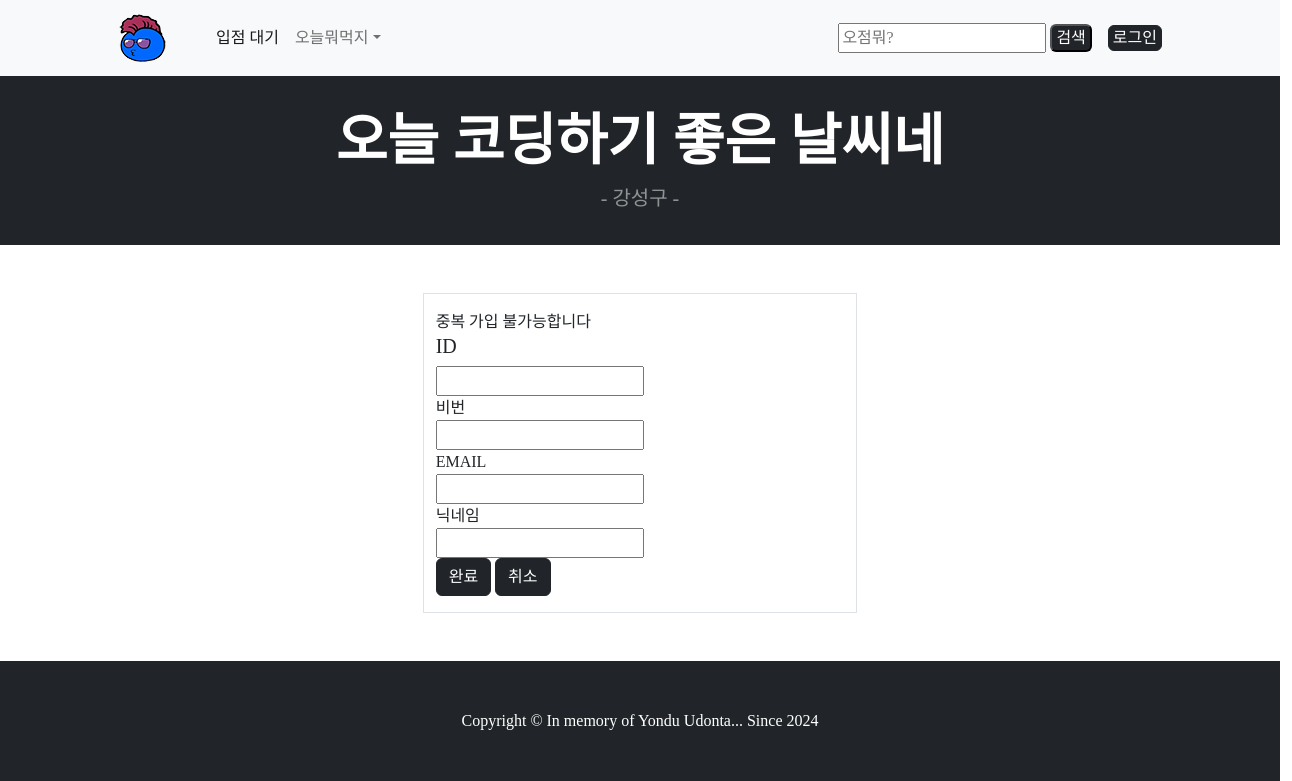
Repository: ashwan94/ydzone
Page: http://localhost/YonduZone/signUp
The author's editor kept a copy of each file at every save. The page is drawn from the files as they stood at one save, then again after the next save.
The browser window is 1280 px wide. The page is 1292 px wide, so the pictures cover 1292 px, including what lies to the right of the window. The pictures show the whole page.
Some web fonts or font styles are not loaded; a fallback is used. The page is served by Tomcat 9. Other server files are loaded and not shown.

Above is the page before, as saved 2024-05-01 11:36:05.

### YonduZone/src/main/webapp/WEB-INF/views/common/signUp.jsp
<%@ page language="java" contentType="text/html; charset=UTF-8"
	pageEncoding="UTF-8"%>
<jsp:include page="/WEB-INF/views/common/header.jsp">
	<jsp:param value="회원가입" name="title" />
	<jsp:param value="오늘 코딩하기 좋은 날씨네" name="center" />
	<jsp:param value="- 강성구 -" name="content" />
</jsp:include>

<div class="row my-5">
	<div class="col-4"></div>
	<div class="col-4 border py-3">
		<form action="/signUp" method="post" id="signUpForm">
		<div>중복 가입 불가능합니다</div>
			<label>
				<h5>ID</h5>
				<input type="text" name="id">
			</label>
			<label>
				<div>비번</div>
				<input type="password" name="pw">
			</label>
			<label>
				<div>EMAIL</div>
				<input type="email" name="email">
			</label>
			<label>
				<div>닉네임</div>
				<input type="text" name="nickName">
			</label>
			<input type="hidden" value="${msg }" id="msg">
			<div>
			<button type="submit" id="submitBtn" class="btn btn-dark">완료</button>
			<button type="button" id="backBtn" class="btn btn-dark">취소</button>
			</div>
		</form>
	</div>
	<div class="col-4"></div>
</div>

<script src="https://cdn.jsdelivr.net/npm/bootstrap@5.3.3/dist/js/bootstrap.bundle.min.js"></script>
<script src="/Bootstrap/js/scripts.js"></script>

<script>
	const msgEl = document.querySelector("#msg");
	if(msgEl.value != ""){
		alert(msgEl.value);
	}

	const submitBtn = document.querySelector("#submitBtn");
	const backBtn = document.querySelector("#backBtn");

	submitBtn.addEventListener("click", function(e) {
		e.preventDefault();

		const idEl = document.querySelector("[name='id']");
		const pwEl = document.querySelector("[name='pw']");
		const emailEl = document.querySelector("[name='email']");
		const nickNameEl = document.querySelector("[name='nickName']");

		if(idEl.value == "" || pwEl.value == "" || emailEl.value == "" || nickNameEl.value == "") {
			alert("누락된 정보가 있습니다.");
		}else{
			const form = document.querySelector("#signUpForm");
			form.submit();
		}
	})

	backBtn.addEventListener("click", function() {
		history.back();
	});
</script>
<jsp:include page="/WEB-INF/views/common/footer.jsp"/>

### YonduZone/src/main/webapp/WEB-INF/views/common/header.jsp
<%@ page language="java" contentType="text/html; charset=UTF-8"
	pageEncoding="UTF-8"%>
<%@ taglib prefix="c" uri="http://java.sun.com/jsp/jstl/core"%>
<!DOCTYPE html>
<html lang="en">
<head>
<meta charset="UTF-8">
<meta name="viewport"
	content="width=device-width, initial-scale=1, shrink-to-fit=no" />
<meta name="description" content="" />
<meta name="author" content="" />
<!-- Favicon-->
<link rel="icon" type="image/x-icon" href="assets/favicon.ico" />
<!-- Bootstrap icons-->
<link
	href="https://cdn.jsdelivr.net/npm/bootstrap-icons@1.5.0/font/bootstrap-icons.css"
	rel="stylesheet" />
<!-- Core theme CSS (includes Bootstrap)-->
<link href="/Bootstrap/css/styles.css" rel="stylesheet" />
<title>${param.title }</title>
<style>
	a{
		text-decoration:none;
		color:black;
	}
	a:hover{
		color:rgb(57, 151, 255);
	}

	@font-face {
    font-family: 'SUIT-Regular';
    src: url('https://cdn.jsdelivr.net/gh/projectnoonnu/noonfonts_suit@1.0/SUIT-Regular.woff2') format('woff2');
    font-weight: normal;
    font-style: normal;
	}

	* {
		font-family: 'SUIT-Regular';
	}
</style>

</head>
<body>
	<header>
		<nav class="navbar navbar-expand-lg navbar-light bg-light">
			<div class="container px-4 px-lg-5">
				<a class="navbar-brand" href="/main"><img src="${pageContext.request.contextPath }/Source/header/logo/main_logo.png" alt="Welcome to YouduZone!"></a>
				<button class="navbar-toggler" type="button" data-bs-toggle="collapse" data-bs-target="#navbarSupportedContent" aria-controls="navbarSupportedContent" aria-expanded="false" aria-label="Toggle navigation">
					<span class="navbar-toggler-icon"></span>
				</button>
				<div class="collapse navbar-collapse" id="navbarSupportedContent">
					<ul class="navbar-nav me-auto mb-2 mb-lg-0 ms-lg-4">
						<li class="nav-item">
							<a class="nav-link active" aria-current="page" href="/restaurant/stanby?userNo=${sessionScope.user.no }" data-value="${sessionScope.user.no }" id="stanbyRestaurant">입점 대기</a>
						</li>
						<li class="nav-item dropdown">
                            <a class="nav-link dropdown-toggle" id="navbarDropdown" href="#" role="button" data-bs-toggle="dropdown" aria-expanded="false">오늘뭐먹지</a>
                            <ul class="dropdown-menu text-center" aria-labelledby="navbarDropdown">
                                <li><a class="dropdown-item" href="/restaurant/category?category=밥">밥</a></li>
                                <li><a class="dropdown-item" href="/restaurant/category?category=국/찌개">국/찌개</a></li>
                                <li><a class="dropdown-item" href="/restaurant/category?category=면/분식">면/분식</a></li>
                                <li><a class="dropdown-item" href="/restaurant/category?category=야식">야식</a></li>
                            </ul>
                        </li>
					</ul>

					<form action="/restaurant/search" method="get" class="d-flex">
						<label>
							<input type="text" name="searchWord" placeholder="오점뭐?" id="searchBar">
							<button type="submit" class="badge bg-dark text-white fs-6 rounded-25 p-1 fw-normal me-3">검색</button>
						</label>
					</form>
					<c:choose>
						<c:when test="${not empty sessionScope.user }">
							<a href="/restaurant/add" class="badge d-flex bg-dark text-white mx-2 p-1 rounded-25 fs-6 fw-normal">밥집 추가</a>
							<a href="/user/view"><span class="badge bg-dark text-white p-1 rounded-25 fs-6 fw-normal me-2">${sessionScope.user.nickName } 님</span></a>
							<form action="/logout" method="get">
								<button type="submit" class="d-flex badge bg-dark text-white p-1 rounded-25 fs-6 fw-normal">로그아웃</button>
							</form>
						</c:when>
						<c:otherwise>
							<form action="/login" method="get" class="d-flex">
								<button type="submit" class="badge btn btn-outline-dark bg-dark text-white p-1 rounded-25 fs-6 fw-normal">로그인</button>
							</form>
							<input type="hidden" id="loginCheck" value="${empty sessionScope.user }">
						</c:otherwise>
					</c:choose>
				</div>
			</div>
		</nav>
		<div class="container-fluid bg-dark p-3">
			<div class="text-center text-white my-3">
				<h1 class="display-4 fw-bolder">${param.center }</h1>
				<p class="lead fw-normal text-white-50 mb-0">${param.content }</p>
			</div>
		</div>
	</header>

### YonduZone/src/main/webapp/WEB-INF/views/common/footer.jsp
<%@ page language="java" contentType="text/html; charset=UTF-8"
	pageEncoding="UTF-8"%>
<footer class="py-5 bg-dark">
<div class="container">
	<p class="m-0 text-center text-white">Copyright &copy; In memory of Yondu Udonta... Since 2024</p>
</div>
</footer>
<!-- Bootstrap core JS-->
<script src="https://cdn.jsdelivr.net/npm/bootstrap@5.3.3/dist/js/bootstrap.bundle.min.js"></script>
<!-- Core theme JS-->
<script src="/Bootstrap/js/scripts.js"></script>
<script>
	const priceEl = document.querySelectorAll(".price");

	priceEl.forEach(el => {
		if(el == null) {
			console.log("There are no any price elements");
		} else{
			el.innerText = parseInt(el.innerText).toLocaleString() + "원";
		}
	})

	/* const searchBar = document.querySelector("#searchBar");
	searchBar.select(); */

	const loginCheck = document.querySelector("#loginCheck");
	const stanbyRestaurant = document.querySelector("#stanbyRestaurant");

	stanbyRestaurant.addEventListener("click", function(e) {
		e.preventDefault();

		if(loginCheck) {
			alert("로그인 이후 이용 가능합니다.");
			location.href = "/login";
		}else{
			location.href = "/restaurant/stanby?userNo=" + stanbyRestaurant.getAttribute("data-value");
		}
	})
</script>
</body>
</html>

### YonduZone/src/main/java/common/SignUpServlet.java
package common;

import java.io.IOException;
import java.net.URLEncoder;

import javax.servlet.ServletContext;
import javax.servlet.ServletException;
import javax.servlet.annotation.WebServlet;
import javax.servlet.http.HttpServlet;
import javax.servlet.http.HttpServletRequest;
import javax.servlet.http.HttpServletResponse;

import org.apache.ibatis.session.SqlSession;

import user.UserService;
import user.UserVO;

/**
 * Servlet implementation class SignUpServlet
 */
@WebServlet("/signUp")
public class SignUpServlet extends HttpServlet {
	private UserService service;

	@Override
		public void init() throws ServletException {
			ServletContext servletContext = getServletContext();
			SqlSession session = (SqlSession) servletContext.getAttribute("sqlSession");
			this.service = new UserService(session);
		}

	protected void doGet(HttpServletRequest request, HttpServletResponse response) throws ServletException, IOException {
		request.getRequestDispatcher("/WEB-INF/views/common/signUp.jsp").forward(request, response);
	}

	protected void doPost(HttpServletRequest request, HttpServletResponse response) throws ServletException, IOException {
		String id = request.getParameter("id");
		String pw = request.getParameter("pw");
		String email = request.getParameter("email");
		String nickName = request.getParameter("nickName");

		UserVO checkUser = service.getUser(new UserVO(id, pw));

		if(checkUser == null) {
			int insertUser = service.insertUser(new UserVO(id, pw, email, nickName));

			if(insertUser > 0) {
				String msg = URLEncoder.encode("회원가입이 완료되었습니다!", "UTF-8");
				response.sendRedirect("/login?msg=" + msg);
			}

		}else {
			request.setAttribute("msg", "이미 존재하는 계정입니다.");
			request.getRequestDispatcher("/WEB-INF/views/common/signUp.jsp").forward(request, response);
		}


	}

}

Loaded but not shown: YonduZone/src/main/webapp/Bootstrap/css/styles.css (library); YonduZone/src/main/webapp/Bootstrap/js/scripts.js (common file)

After the next save:
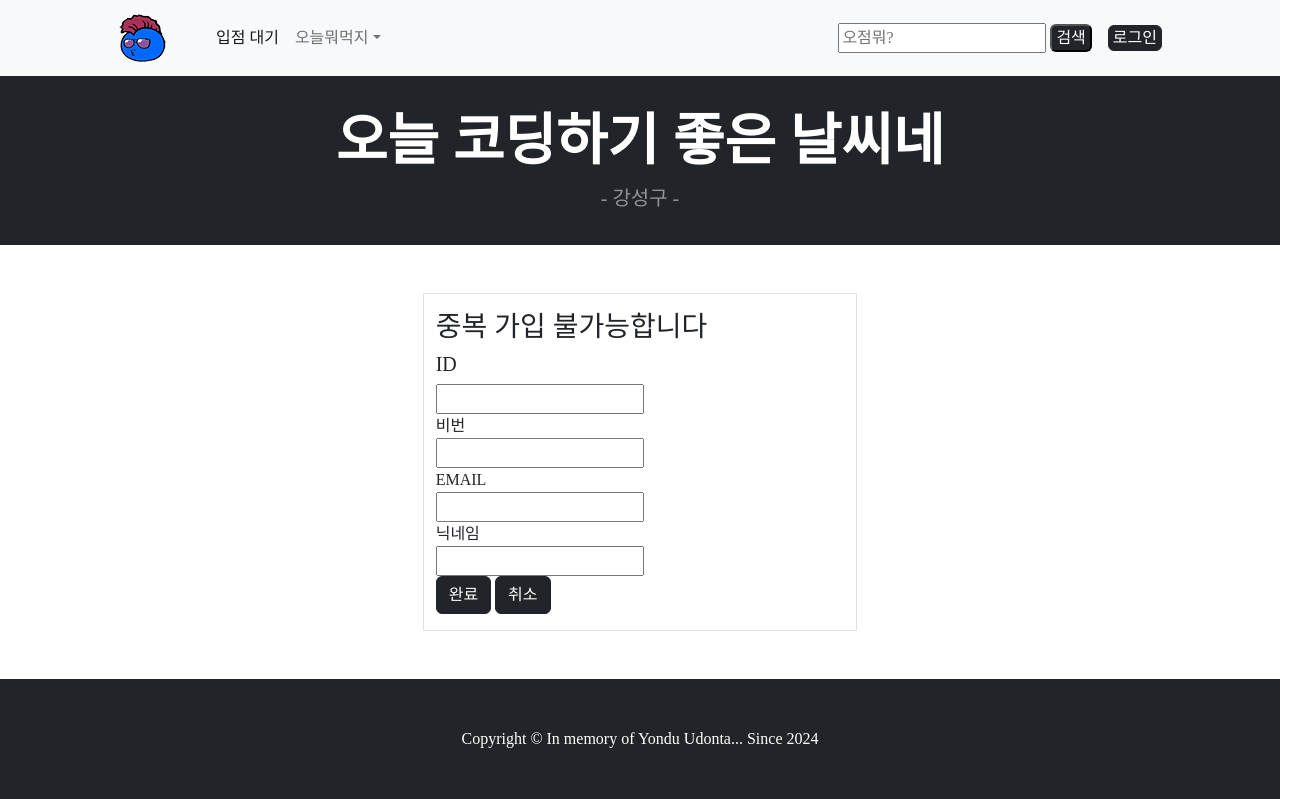
Saved 8 s later.
--- a/YonduZone/src/main/webapp/WEB-INF/views/common/signUp.jsp
+++ b/YonduZone/src/main/webapp/WEB-INF/views/common/signUp.jsp
@@ -10,7 +10,7 @@
 	<div class="col-4"></div>
 	<div class="col-4 border py-3">
 		<form action="/signUp" method="post" id="signUpForm">
-		<div>중복 가입 불가능합니다</div>
+		<h3>중복 가입 불가능합니다</h3>
 			<label>
 				<h5>ID</h5>
 				<input type="text" name="id">
